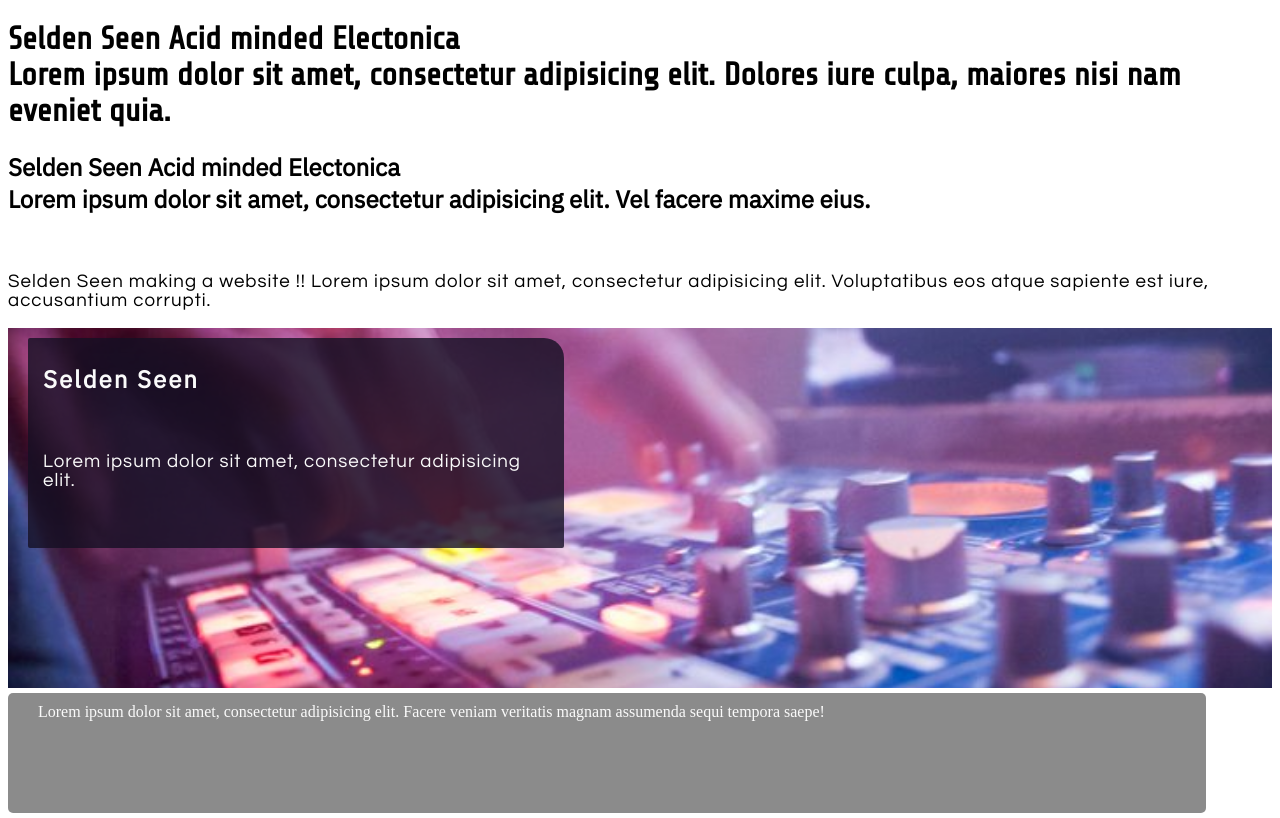
Repository: josvelema/milestone
Page: index.html
The author's editor kept a record of every edit. The page is drawn from the files as they stood at one moment, then again after the next edit.
The browser window is 1280 px wide. The pictures show the whole page.
Backgrounds fixed to the window are drawn as part of the page.

Above is the page before.

### index.html
<!DOCTYPE html>
<html lang="en">

<head>
    <meta charset="UTF-8">
    <meta name="viewport" content="width=device-width, initial-scale=1.0">
    <meta http-equiv="X-UA-Compatible" content="ie=edge">
    <link href="https://fonts.googleapis.com/css?family=IBM+Plex+Sans|Questrial|Share+Tech&display=swap" rel="stylesheet">
    <link href="CSS/style.css" rel="stylesheet" type="text/css">
    <title>Selden Seen</title>
</head>

<body>
    <header class="header">
        <h1> Selden Seen Acid minded Electonica<br> Lorem ipsum dolor sit amet, consectetur adipisicing elit. Dolores iure culpa, maiores nisi nam eveniet quia.
        </h1>
        <h2> Selden Seen Acid minded Electonica
            <br> Lorem ipsum dolor sit amet, consectetur adipisicing elit. Vel facere maxime eius.</h2>
        <br>
        <h3>Selden Seen making a website !! Lorem ipsum dolor sit amet, consectetur adipisicing elit. Voluptatibus eos atque sapiente est iure, accusantium corrupti.</h3>
    </header>
    <section>
        <div class="hero-image">
            <aside>
            <div class="callout">
                <h2>Selden Seen</h2>
                <br>
                <h3>Lorem ipsum dolor sit amet, consectetur adipisicing elit.</h3>
            </div>
            </aside>
        </div>
    </section>
    <br>
    <footer>
    <div class="foot">Lorem ipsum dolor sit amet, consectetur adipisicing elit. Facere veniam veritatis magnam assumenda sequi tempora saepe!</div>
    </footer>
</body>

</html>

### CSS/style.css
@import url('https://fonts.googleapis.com/css?family=IBM+Plex+Sans|Questrial|Share+Tech&display=swap');

h1 {
    font-family: 'Share Tech', sans-serif;
}


h3 {
    font-family: 'Questrial', sans-serif;
    font-weight:300;
    letter-spacing: 1px;
}

h2 {
    font-family: 'IBM Plex Sans', sans-serif;
}
.head {
    background-color:transparent;
    width:75%;
    color: #777777;
}
.hero-image{
    background: url("../img/emxheroimage.jpg")no-repeat center center fixed;
    background-position: relative;
    background-repeat: no-repeat;
    background-size: cover;
    min-height: 360px;
    transition: all 5s ease-in-out;
    -moz-transition: all .5s ease-in-out;
    -webkit-transition: all .5s ease-in-out;
    background-color: rgba(0,0,0,0.5);
     width:100%;
      float: left;

    }



.callout {
        font-family: 'Share Tech', sans-serif;
        color: #fafafa;
        letter-spacing: 2px;
        font-weight:300;
        width:40%;
        height:200px;
        margin-top: 10px;
        margin-left:20px;
        margin-bottom: 40px;
        padding:5px 15px 5px 15px;
        background-color: rgba(20,15,35,0.8);
        border-top-right-radius: 20px;
        border-top-left-radius: 2px;
        border-bottom-left-radius: 2px;
        border-bottom-right-radius: 2px;
        display: inline-block;
}

.foot {
    width: 90%;
    height: 100px;
    background-color: rgba(25,25,25,0.5);
    color: #fafafa;
    border-radius: 5px 5px;
    border-color: #777777;
    position: relative;
    float: left;
    margin:5px auto;
    padding: 10px 30px 10px 30px;

}

After the next edit:
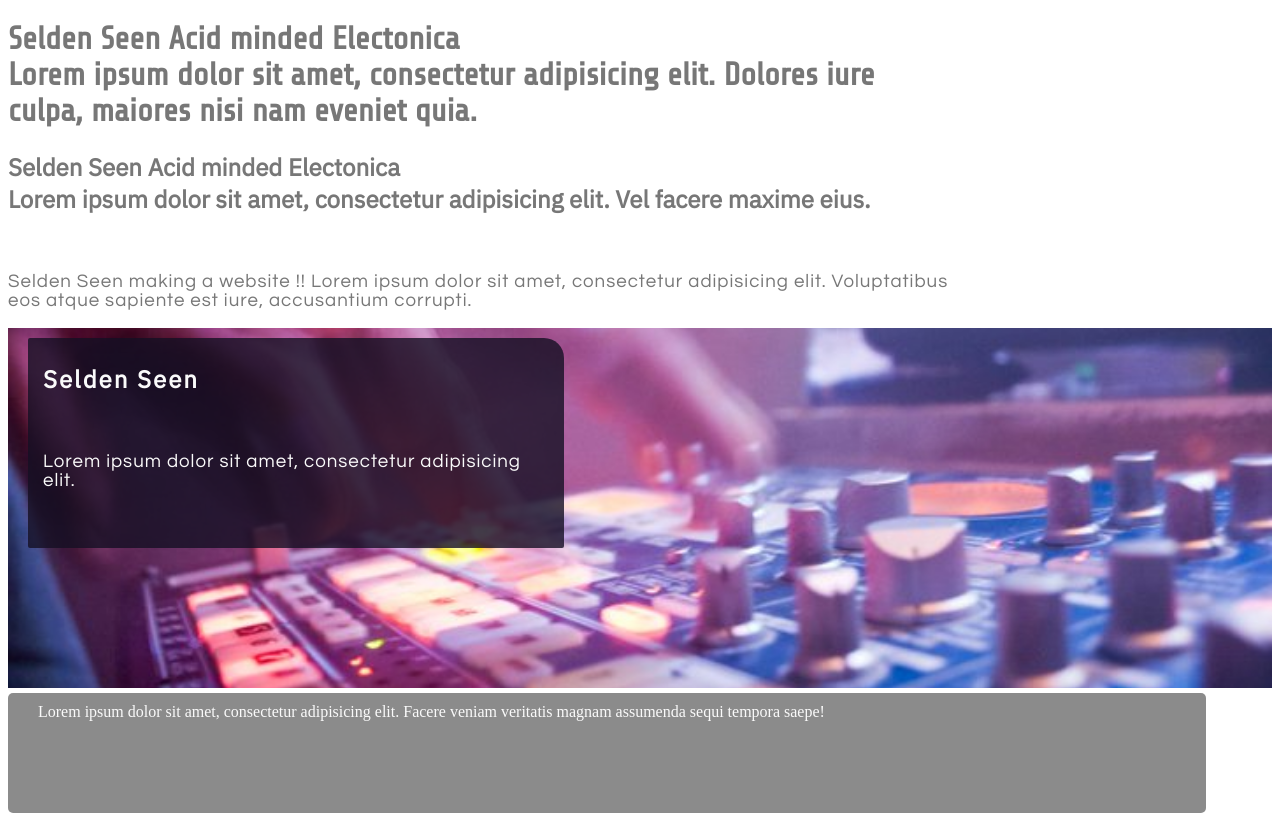
The edit:
--- a/index.html
+++ b/index.html
@@ -11,7 +11,7 @@
 </head>
 
 <body>
-    <header class="header">
+    <header class="head">
         <h1> Selden Seen Acid minded Electonica<br> Lorem ipsum dolor sit amet, consectetur adipisicing elit. Dolores iure culpa, maiores nisi nam eveniet quia.
         </h1>
         <h2> Selden Seen Acid minded Electonica
